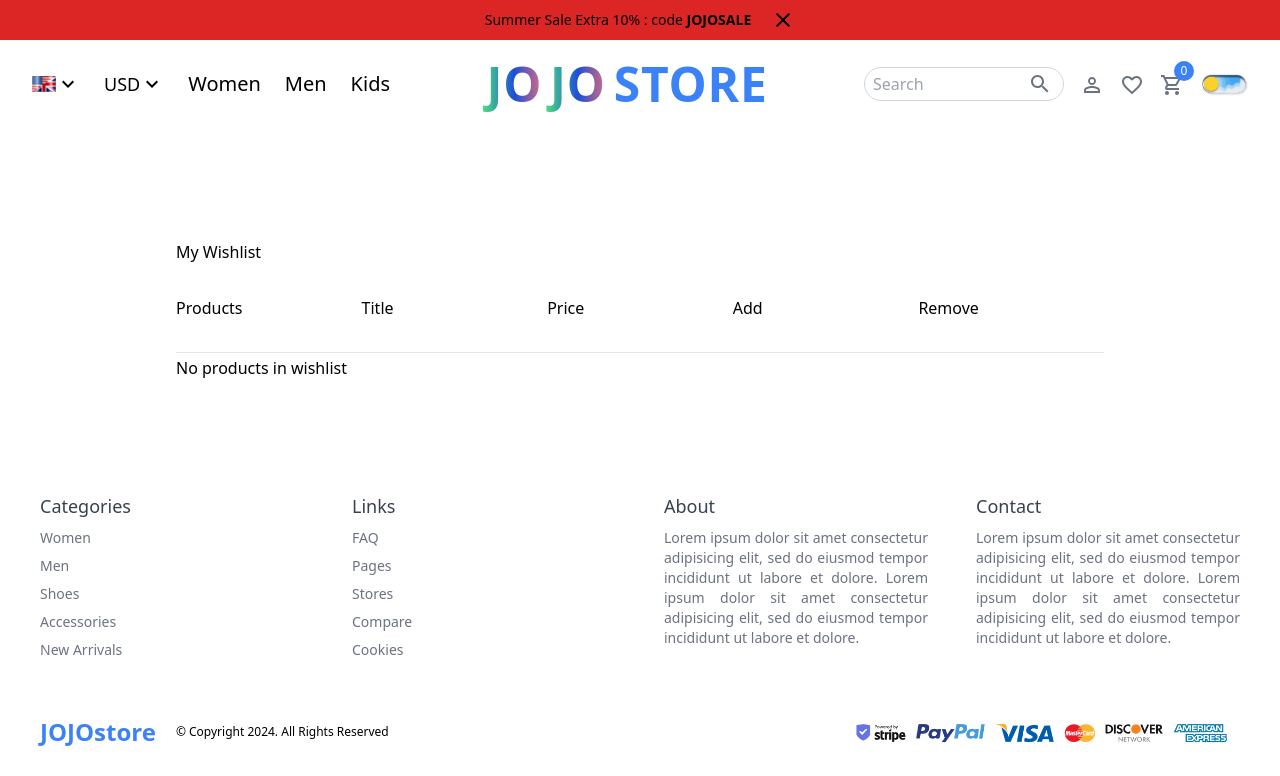
Repository: AiTrinh303/JOJO-STORE
Page: /wishlists
An editor plug-in stored every save of this project. The page is shown before and after a run of saves, followed by the edit.
The browser window is 1280 px wide. The pictures show the whole page.
The project was rebuilt for these pictures with package versions that can differ from the ones it lists, and the page was loaded fresh each time. Also part of the build but not shown: vite.config.js, src/components/Cart.jsx, src/components/Form.jsx, src/components/Slider/Slide1.jsx, src/components/Slider/Slide2.jsx, src/components/Slider/Slide3.jsx, src/components/Slider/Slider.scss, src/components/Slider/Slider.jsx and 23 more.

Above is the page before, as saved 2024-06-14 09:34:33.

### index.html
<!doctype html>
<html lang="en">
  <head>
    <meta charset="UTF-8" />
    <link rel="icon" type="image/svg+xml" href="/vite.svg" />
    <meta name="viewport" content="width=device-width, initial-scale=1.0" />
    <title>JOJO-STORE</title>
  </head>
  <body>
    <div id="root"></div>
    <script type="module" src="/src/main.jsx"></script>
  </body>
</html>

### src/main.jsx
import React from 'react'
import ReactDOM from 'react-dom/client'
import App from './App'
import './index.css'



ReactDOM.createRoot(document.getElementById('root')).render(
  <React.StrictMode>
      <App />
  </React.StrictMode>,
)

### src/App.jsx
import { useEffect } from "react";
import { createBrowserRouter, RouterProvider, Outlet } from "react-router-dom";

// Context
import ShopContextProvider from "./Context/ShopContext";
import {AuthProvider} from "./Context/AuthContext";

// Pages
import Footer from "./components/Footer";
import Header from "./components/Header/Header";
import Home from "./pages/Home";
import ShopCategory from "./pages/ShopCategory";
import Product from "./pages/Product";
import Wishlists from "./pages/Wishlists";
import Login from "./pages/Login";
import Register from "./pages/Register";
import Profile from "./pages/Profile";
import CartPage from "./pages/CartPage/CartPage";
import FilteredProductList from "./pages/FilteredProductList";
import BackToTopButton from "./components/BackToTopButton";
import SpinWheelGame from "./components/SpinWheelGame";

// Styles
import AOS from 'aos';
import 'aos/dist/aos.css';
import women_banner from './assets/banner_women.png';
import men_banner from './assets/banner_men.png';
import kids_banner from './assets/banner_kids.png';


//LAYOUT
const Layout = () => {
  return (
    <div className="app">
      <Header />
      <Outlet />
      <Footer />
      <BackToTopButton />
    </div>
  );
};

//ROUTER
const router = createBrowserRouter([
  {
    path: "/",
    element: <Layout />,
    children: [
      { path: "/", element: <Home /> },
      { path: "/women", element: <ShopCategory banner={women_banner} category="women" /> },
      { path: "/men", element: <ShopCategory banner={men_banner} category="men" /> },
      { path: "/kids", element: <ShopCategory banner={kids_banner} category="kids" /> },
      { path: "/product/:productId", element: <Product /> },
      { path: "/filtered-products", element: <FilteredProductList /> },
      { path: "/cartpage", element: <CartPage /> },
      { path: "/wishlists", element: <Wishlists /> },
      { path: "/login", element: <Login /> },
      { path: "/register", element: <Register />},
      { path: "/profile", element: <Profile />},
    ],
  },
  { path: "/spinwheelgame", element: <SpinWheelGame/>},
]);

function App() {
  useEffect(() => {
    AOS.init({
      offset: 200,
      duration: 1000,
      delay: 150,
    });
    AOS.refresh();
  }, []);

  return (

      <ShopContextProvider>
          <AuthProvider>
             <RouterProvider router={router} />
          </AuthProvider>
      </ShopContextProvider>
  );

}

export default App;

### src/index.css
@tailwind base;
@tailwind components;
@tailwind utilities;


.dark {
    background-color: black;
    color: #ffffff;

  }

.light {
    background-color: #ffffff;
    color: #000000;
  }

### src/Context/ShopContext.jsx
import { createContext, useReducer } from "react";
import all_product from '../assets/all_product';
import { shopReducer, initialState } from "./Reducer/shopReducer";

export const ShopContext = createContext(null);


const ShopContextProvider = (props) => {
    const [state, dispatch] = useReducer(shopReducer, initialState);

    const addToCart = (itemId, quantity = 1) => {
        dispatch({ type: "ADD_TO_CART", payload: { itemId, quantity } });
    };

    const removeFromCart = (itemId) => {
        dispatch({ type: "REMOVE_FROM_CART", payload: { itemId } });
    };

    const resetCart = () => {
        dispatch({ type: "RESET_CART" });
    };

    const addToWishlist = (itemId) => {
        dispatch({ type: "ADD_TO_WISHLIST", payload: { itemId } });
    };

    const removeFromWishlist = (itemId) => {
        dispatch({ type: "REMOVE_FROM_WISHLIST", payload: itemId });
    };

    const getTotalCartAmount = () => {
        let totalAmount = 0;
        for (const item in state.cartItems) {
            if (state.cartItems[item] > 0) {
                let itemInfo = all_product.find((product) => product.id === Number(item));
                if (itemInfo) {
                    totalAmount += itemInfo.new_price * state.cartItems[item];
                }
            }
        }
        return totalAmount;
    };

    const getTotalCartItems = () => {
        let totalItems = 0;
        for (const item in state.cartItems) {
            if (state.cartItems[item] > 0) {
                totalItems += state.cartItems[item];
            }
        }
        return totalItems;
    };

    const contextValue = {
        all_product,
        cartItems: state.cartItems,
        wishlist: state.wishlist,
        addToCart,
        removeFromCart,
        resetCart,
        getTotalCartAmount,
        getTotalCartItems,
        addToWishlist,
        removeFromWishlist
    };

    return (
        <ShopContext.Provider value={contextValue}>
            {props.children}
        </ShopContext.Provider>
    );
};

export default ShopContextProvider;

### src/Context/AuthContext.jsx
// //Create Authentication Logic - The AuthProvider component will be updated with login and logout functions. This function will be passed down through the AuthContext.Provider and it will be accessible globally.

// import { useContext, createContext, useState } from "react";
// import { useNavigate } from "react-router-dom";

// const AuthContext = createContext();

// const AuthProvider = ({ children }) => {
//   const [user, setUser] = useState(null);
//   const [token, setToken] = useState(localStorage.getItem("site") || "");
//   const navigate = useNavigate();
//   const loginAction = async (data) => {
//     try {
//       const response = await fetch("your-api-endpoint/auth/login", {
//         method: "POST",
//         headers: {
//           "Content-Type": "application/json",
//         },
//         body: JSON.stringify(data),
//       });
//       const res = await response.json();
//       if (res.data) {
//         setUser(res.data.user);
//         setToken(res.token);
//         localStorage.setItem("site", res.token);
//         navigate("/dashboard");
//         return;
//       }
//       throw new Error(res.message);
//     } catch (err) {
//       console.error(err);
//     }
//   };

//   const logOut = () => {
//     setUser(null);
//     setToken("");
//     localStorage.removeItem("site");
//     navigate("/login");
//   };

//   return (
//     <AuthContext.Provider value={{ token, user, loginAction, logOut }}>
//       {children}
//     </AuthContext.Provider>
//   );

// };

// export default AuthProvider;

// export const useAuth = () => {
//   return useContext(AuthContext);
// };


import { createContext, useState } from "react";

export const AuthContext = createContext();

export const AuthProvider = ({ children }) => {
  const [user, setUser] = useState(null);

  const login = (userData) => {
    setUser(userData);
  };

  const logout = () => {
    setUser(null);
  };

  return (
    <AuthContext.Provider value={{ user, setUser, login, logout }}>
      {children}
    </AuthContext.Provider>
  );
};

### src/components/Footer.jsx
import React from "react";

const Footer = () => {
  return (
    <div className="footer mx-10 my-5">
      <div className="top flex gap-12">
        <div className="item flex-1 flex flex-col gap-2 text-justify text-sm">
          <h1 className="text-lg font-medium text-gray-700">Categories</h1>
          <span className="text-gray-500">Women</span>
          <span className="text-gray-500">Men</span>
          <span className="text-gray-500">Shoes</span>
          <span className="text-gray-500">Accessories</span>
          <span className="text-gray-500">New Arrivals</span>
        </div>
        <div className="item flex-1 flex flex-col gap-2 text-justify text-sm">
          <h1 className="text-lg font-medium text-gray-700">Links</h1>
          <span className="text-gray-500">FAQ</span>
          <span className="text-gray-500">Pages</span>
          <span className="text-gray-500">Stores</span>
          <span className="text-gray-500">Compare</span>
          <span className="text-gray-500">Cookies</span>
        </div>
        <div className="item flex-1 flex flex-col gap-2 text-justify text-sm">
          <h1 className="text-lg font-medium text-gray-700">About</h1>
          <span className="text-gray-500">
            Lorem ipsum dolor sit amet consectetur adipisicing elit, sed do
            eiusmod tempor incididunt ut labore et dolore. Lorem ipsum dolor sit
            amet consectetur adipisicing elit, sed do eiusmod tempor incididunt
            ut labore et dolore.
          </span>
        </div>
        <div className="item flex-1 flex flex-col gap-2 text-justify text-sm">
          <h1 className="text-lg font-medium text-gray-700">Contact</h1>
          <span className="text-gray-500">
            Lorem ipsum dolor sit amet consectetur adipisicing elit, sed do
            eiusmod tempor incididunt ut labore et dolore. Lorem ipsum dolor sit
            amet consectetur adipisicing elit, sed do eiusmod tempor incididunt
            ut labore et dolore.
          </span>
        </div>
      </div>
      <div className="bottom flex items-center justify-between mt-12">
        <div className="left flex items-center">
          <span className="logo text-blue-500 font-bold text-2xl">JOJOstore</span>
          <span className="copyright ml-5 text-xs text-black-500">
            © Copyright 2024. All Rights Reserved
          </span>
        </div>
        <div className="right">
          <img src="src/assets/payment.png" alt="payment" className="h-12" />
        </div>
      </div>
    </div>
  );
};

export default Footer;

### src/components/Header/Header.jsx

import NavbarExtra from './NavbarExtra'
import Navbar from './Navbar'

const Header = () => {
  return (
    <div>
      <NavbarExtra />
      <Navbar />
    </div>
  )
}

export default Header

### src/pages/Wishlists.jsx
// Wishlist.jsx
import { useContext } from "react";
import { ShopContext } from "../Context/ShopContext";
import ClearIcon from '@mui/icons-material/Clear';

const Wishlists = () => {
  const { wishlist, removeFromWishlist, addToCart } = useContext(ShopContext);

  return (
    <div className="mx-44 my-28">
      <h1>My Wishlist</h1>
      <div className="flex justify-start my-8">
                <p className="flex-1">Products</p>
                <p className="flex-1">Title</p>
                <p className="flex-1">Price</p>
                <p className="flex-1">Add</p>
                <p className="flex-1">Remove</p>
      </div>

      <hr className="h-1"/>

      {wishlist.length === 0 ? (
        <p>No products in wishlist</p>
      ) : (
        console.log(wishlist),
        wishlist.map((product) => (
          <div className="format-main" key={product.id}>

              <div className="card">
                <img src={product.image} alt={product.title}/>
                <p className="title">{product.title}</p>
                <p>${product.new_price.toFixed(2)}</p>
                <div className='remove-icon' onClick={() => removeFromWishlist(product.id)}>
                    <ClearIcon />
                </div>
                <div className="add" onClick = {()=> addToCart(product.id)}>Add</div>
              </div>

          </div>
        ))
      )}
    </div>
  );
};

export default Wishlists;

### src/Context/Reducer/shopReducer.jsx

// import all_product from "../../assets/all_product";

// const getDefaultValue = () => {
//     let cart = {};
//     for (let index = 0; index < all_product.length; index++) {
//         cart[index] = 0;
//     }
//     return cart;
// };

// export const initialState = {
//     cartItems: getDefaultValue(),
//     wishlist: []
// };

// export const shopReducer = (state, action) => {
//     switch (action.type) {
//         case "ADD_TO_CART":
//             return {
//                 ...state,
//                 cartItems: {
//                     ...state.cartItems,
//                     [action.payload.itemId]: (state.cartItems[action.payload.itemId] || 0) + action.payload.quantity
//                 }
//             };
//         case "REMOVE_FROM_CART":
//             return {
//                 ...state,
//                 cartItems: {
//                     ...state.cartItems,
//                     [action.payload.itemId]: state.cartItems[action.payload.itemId] - 1
//                 }
//             };
//         case "RESET_CART":
//             return {
//                 ...state,
//                 cartItems: getDefaultValue()
//             };
//         case "ADD_TO_WIS                    [action.payload.itemId]: (state.cartItems[action.payload.itemId] || 0) + action.payload.quantity
//                 }
//             };
//         case "REMOVE_FROM_CART":
//             return {
//                 ...state,
//                 cartItems: {
//                     ...state.cartItems,
//                     [action.payload.itemId]: state.cartItems[action.payload.itemId] - 1
//                 }
//             };
//         case "RESET_CART":
//             return {
//                 ...state,
//                 cartItems: getDefaultValue()
//             };
//         case "ADD_TO_WISHLIST":
//             return {
//                 ...state,
//                 wishlist: [...state.wishlist, action.payload.itemId]
//             };
//         case "REMOVE_FROM_WISHLIST":
//             const newWishlist = [...state.wishlist];
//             newWishlist.splice(newWishlist.indexOf(action.payload.itemId), 1)}
//             return {
//                 ...state,
//                 wishlist: newWishlist};

//         default:
//             return state;
//     }
// };

// const saleCode = [{sale: 'SUMMER', discount: 0.1}, {sale: 'WINTER', discount: 0.2}, {sale: 'SPRING', discount: 0.15}];
import all_product from "../../assets/all_product";

const getDefaultValue = () => {
    let cart = {};
    for (let index = 0; index < all_product.length; index++) {
        cart[index] = 0;
    }
    return cart;
};

export const initialState = {
    cartItems: getDefaultValue(),
    wishlist: []
};

export const shopReducer = (state, action) => {
    switch (action.type) {
        case "ADD_TO_CART":
            return {
                ...state,
                cartItems: {
                    ...state.cartItems,
                    [action.payload.itemId]: (state.cartItems[action.payload.itemId] || 0) + action.payload.quantity
                }
            };
        case "REMOVE_FROM_CART":
            return {
                ...state,
                cartItems: {
                    ...state.cartItems,
                    [action.payload.itemId]: Math.max(0, state.cartItems[action.payload.itemId] - 1)
                }
            };
        case "RESET_CART":
            return {
                ...state,
                cartItems: getDefaultValue()
            };
        case "ADD_TO_WISHLIST":
            if (!state.wishlist.includes(action.payload.itemId)) {
                return {
                    ...state,
                    wishlist: [...state.wishlist, action.payload.itemId]
                };
            }
            return state;
        case "REMOVE_FROM_WISHLIST":
                return {
                    ...state,
                    wishlist: state.wishlist.filter((item) => item.itemId !== action.payload.itemId)
                };

        default:
            return state;
    }
};

### src/components/Header/NavbarExtra.jsx
import CloseIcon from '@mui/icons-material/Close';
import LocalShippingIcon from '@mui/icons-material/LocalShipping';
import ContactMailIcon from '@mui/icons-material/ContactMail';
import SyncAltIcon from '@mui/icons-material/SyncAlt';
import { useState } from 'react';

const NavbarExtra = () => {
  const [showSale, setShowSale] = useState(true);

  return (
    <div data-aos="fade-down" className="navbar h-12">
      {showSale ? (
        <div className="wrapper py-2 px-4 md:px-10 flex items-center justify-center items-center gap-5 bg-red-600 text-black-600 text-xs md:text-sm">
          <div>
            <p>Summer Sale Extra 10% : code <strong>JOJOSALE</strong></p>
          </div>
          <div>
            <CloseIcon onClick={() => setShowSale(false)} className="text-black-700 hover:text-black-900"/>
          </div>
        </div>
      ) : (
        <div className="wrapper py-2 px-4 md:px-10 flex flex-col md:flex-row items-center justify-between bg-gray-200 text-gray-500 text-xs md:text-sm">
          <div className="my-1 md:my-0">
            <p><ContactMailIcon className='px-1'/>Help and Contact</p>
          </div>
          <div className="my-1 md:my-0">
            <p><LocalShippingIcon className='px-1'/>Free standard delivery over €50 & free return*</p>
          </div>
          <div className="my-1 md:my-0">
            <p><SyncAltIcon className='px-1'/>100-day return policy</p>
          </div>
        </div>
      )}
    </div>
  );
};

export default NavbarExtra;

### src/components/Header/Navbar.jsx
import { useState, useContext } from "react";
import { Link } from "react-router-dom";
import KeyboardArrowDownIcon from "@mui/icons-material/KeyboardArrowDown";
import SearchIcon from "@mui/icons-material/Search";
import PersonOutlineOutlinedIcon from "@mui/icons-material/PersonOutlineOutlined";
import FavoriteBorderOutlinedIcon from "@mui/icons-material/FavoriteBorderOutlined";
import ShoppingCartOutlinedIcon from "@mui/icons-material/ShoppingCartOutlined";
import { AuthContext } from "../../Context/AuthContext"; // Import AuthContext
import { ShopContext } from "../../Context/ShopContext";
import Cart from "../Cart";
import Form from "../Form";
import DarkMode from "./DarkMode";

const Navbar = () => {
  const [open, setOpen] = useState(false);
  const [formOpen, setFormOpen] = useState(false); // State to manage form visibility
  const { user: userProfile, logout } = useContext(AuthContext);
  const [currency, setCurrency] = useState("USD");
  const [flag, setFlag] = useState("src/assets/en.png");
  const { getTotalCartItems } = useContext(ShopContext);

  const handleToggle = (type) => {
    if (type === "currency") {
      setCurrency(currency === "USD" ? "EUR" : "USD");
    } else if (type === "flag") {
      setFlag(flag === "src/assets/en.png" ? "src/assets/de.png" : "src/assets/en.png");
    }
  };

  const handleLogout = () => {
    logout();
  };

  return (
    <div data-aos="zoom-in" className="navbar h-20">
      <div className="wrapper py-2 px-8 flex items-center justify-between">
        {/* Left section */}
        <div className="left flex items-center gap-6">
          {/* Flag */}
          <div className="item flex items-center text-lg cursor-pointer" onClick={() => handleToggle("flag")}>
            <img src={flag} alt="flag_icon" className="w-6 h-4" />
            <KeyboardArrowDownIcon />
          </div>
          {/* Currency */}
          <div className="item flex items-center text-lg cursor-pointer" onClick={() => handleToggle("currency")}>
            <span>{currency}</span>
            <KeyboardArrowDownIcon />
          </div>
          {/* Categories */}
          {["women", "men", "kids"].map((category) => (
            <div className="item" key={category}>
              <Link className="link category text-xl hover:text-blue-500" to={`/${category}`}>
                {category.charAt(0).toUpperCase() + category.slice(1)}
              </Link>
            </div>
          ))}
        </div>

        {/* Center section */}
        <div className="center text-3xl tracking-wide">
          <Link className="link" to="/">
            <h1 className="text-blue-500 font-bold text-3xl md:text-4xl lg:text-5xl flex items-center">
              <span className="p-1 bg-gradient-to-r from-green-400 via-blue-700 to-red-400 bg-clip-text text-transparent">JO</span>
              <span className="p-1 bg-gradient-to-r from-green-400 via-blue-700 to-red-400 bg-clip-text text-transparent">JO</span>
              <span className="p-1">STORE</span>
            </h1>
          </Link>
        </div>

        {/* Right section */}
        <div className="right flex items-center gap-6">
          <div className="icons flex items-center gap-4 text-gray-500 cursor-pointer">
            {/* Search */}
            <div className="flex justify-between items-center gap-4">
              <div className="relative group hidden sm:block">
                <Link to="/filtered-products">
                  <input
                    type="text"
                    placeholder="Search"
                    aria-label="Search"
                    className="w-[200px] sm:w-[200px] group-hover:w-[300px] transition-all duration-300 rounded-full border border-gray-300 px-2 py-1 focus:outline-none focus:border-1 focus:border-primary dark:border-gray-500 dark:bg-gray-800"
                  />
                </Link>
                <SearchIcon className="text-gray-500 group-hover:text-primary absolute top-1/2 -translate-y-1/2 right-3" />
              </div>
            </div>
            {/* User actions */}
            {userProfile ? (
              // If user is logged in, show avatar and logout option
              <div className="flex items-center gap-4 relative">
                <div className="relative" onClick={() => setFormOpen(!formOpen)}>
                  <img src={userProfile.avatar} alt="User Avatar" className="rounded-full w-8 h-8 cursor-pointer" />
                </div>
                {formOpen && <Form onClose={() => setFormOpen(false)} />}
              </div>
            ) : (
              // If user is not logged in, show login link
              <Link to="/login">
                <PersonOutlineOutlinedIcon />
              </Link>
            )}
            {/* Wishlist */}
            <Link to="/wishlists">
              <FavoriteBorderOutlinedIcon className="wishlistIcon hover:text-blue-500" />
            </Link>
            {/* Cart */}
            <div className="relative" onClick={() => setOpen(!open)}>
              <ShoppingCartOutlinedIcon />
              <span className="absolute top-[-10px] right-[-10px] text-xs w-5 h-5 rounded-full bg-blue-500 text-white flex items-center justify-center">
                {getTotalCartItems()}
              </span>
            </div>
            {/* Dark Mode */}
            <div>
              <DarkMode />
            </div>
          </div>
        </div>
      </div>
      {open && <Cart />}
    </div>
  );
};

export default Navbar;

### src/components/Header/DarkMode.jsx
import LightButton from "../../assets/light-mode-button.png";
import DarkButton from "../../assets/dark-mode-button.png";
import { useEffect, useState } from "react";

const DarkMode = () => {
  const [theme, setTheme] = useState(
    localStorage.getItem("theme") ? localStorage.getItem("theme") : "light"
  );

  const element = document.documentElement; // html element

 useEffect(() => {
    if (theme === "dark") {
      element.classList.add("dark");
      localStorage.setItem("theme", "dark");
    } else {
      element.classList.remove("dark");
      localStorage.setItem("theme", "light");
    }
  }, [theme]);

  return (
    <div className="relative">
      <img
        src={LightButton}
        alt=""
        onClick={() => setTheme(theme === "light" ? "dark" : "light")}
        className={`w-12 cursor-pointer drop-shadow-[1px_1px_1px_rgba(0,0,0,0.1)] transition-all duration-300 absolute right-0 z-10 ${
          theme === "dark" ? "opacity-0" : "opacity-100"
        } `}
      />
      <img
        src={DarkButton}
        alt=""
        onClick={() => setTheme(theme === "light" ? "dark" : "light")}
        className="w-12 cursor-pointer drop-shadow-[1px_1px_1px_rgba(0,0,0,0.1)] transition-all duration-300"
      />
    </div>
  );
};

export default DarkMode;

Loaded but not shown: tailwind.config.js (common file); src/assets/all_product.js (906 lines, source omitted)

After the next 2 saves:
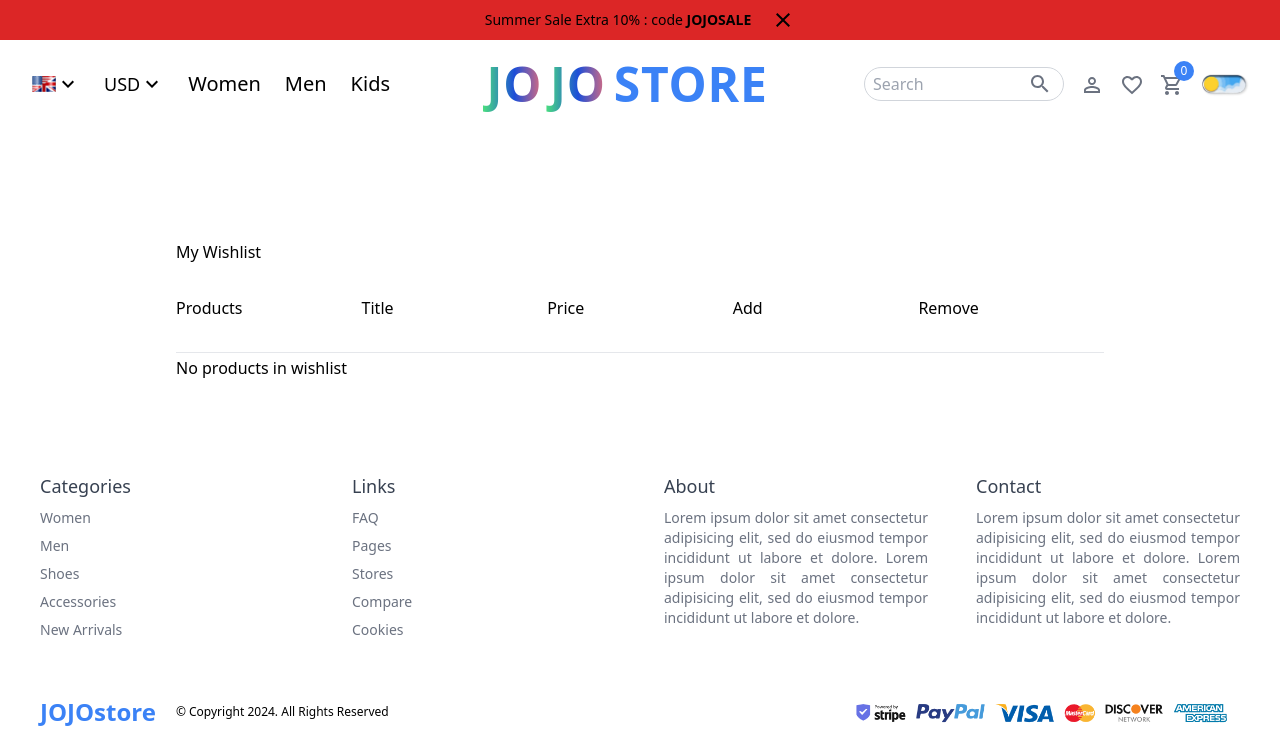
The 2 saves are shown as one change because they came seconds apart.
The last was saved 41 s later.
--- a/src/pages/Wishlists.jsx
+++ b/src/pages/Wishlists.jsx
@@ -20,7 +20,7 @@ const Wishlists = () => {
       <hr className="h-1"/>
 
       {wishlist.length === 0 ? (
-        <p>No products in wishlist</p>
+        <p className="h-1">No products in wishlist</p>
       ) : (
         console.log(wishlist),
         wishlist.map((product) => (
